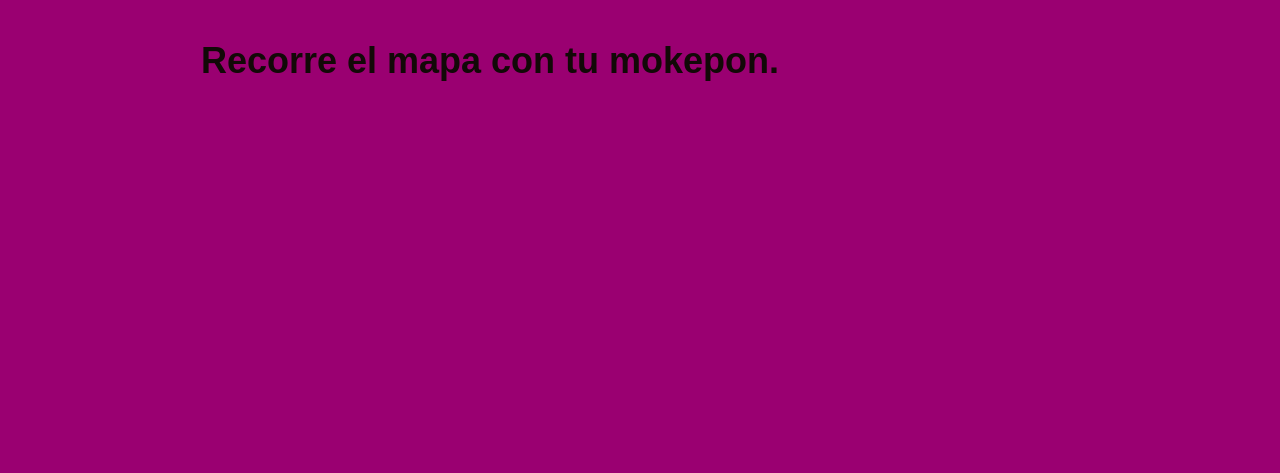
Repository: elto82/juegoMokepon
Page: mokepon/mokepon.html
The author's editor kept a copy of each file at every save. The page is drawn from the files as they stood at one save, then again after the next save.
The browser window is 1280 px wide. The pictures show the whole page.
After loading, the first visible `#boton-mascota` was clicked once.

Above is the page before, as saved 2022-08-18 16:00:17.
Console error: TypeError: Cannot read properties of undefined (reading 'forEach')

After the next save:
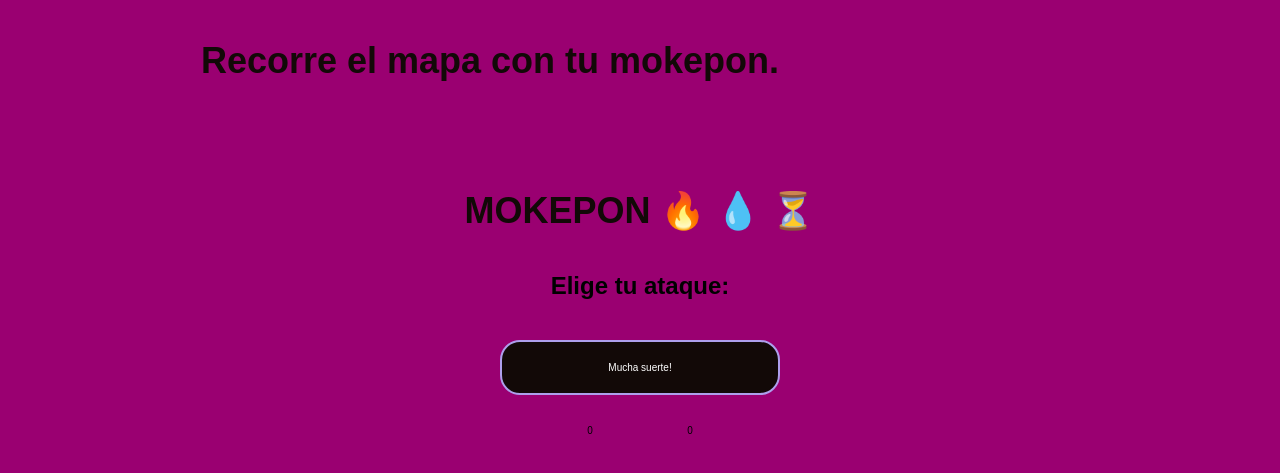
Saved 16 s later.
--- a/mokepon/js/mokepon.js
+++ b/mokepon/js/mokepon.js
@@ -125,7 +125,7 @@
 
 function seleccionarMascotaJugador() {
   sectionSeleccionarMascota.style.display = "none";
-  //sectionSeleccionarAtaque.style.display = "flex";
+  sectionSeleccionarAtaque.style.display = "flex";
   sectionVerMapa.style.display = 'flex'
 
   if (inputHipodoge.checked) {

After the save that followed:
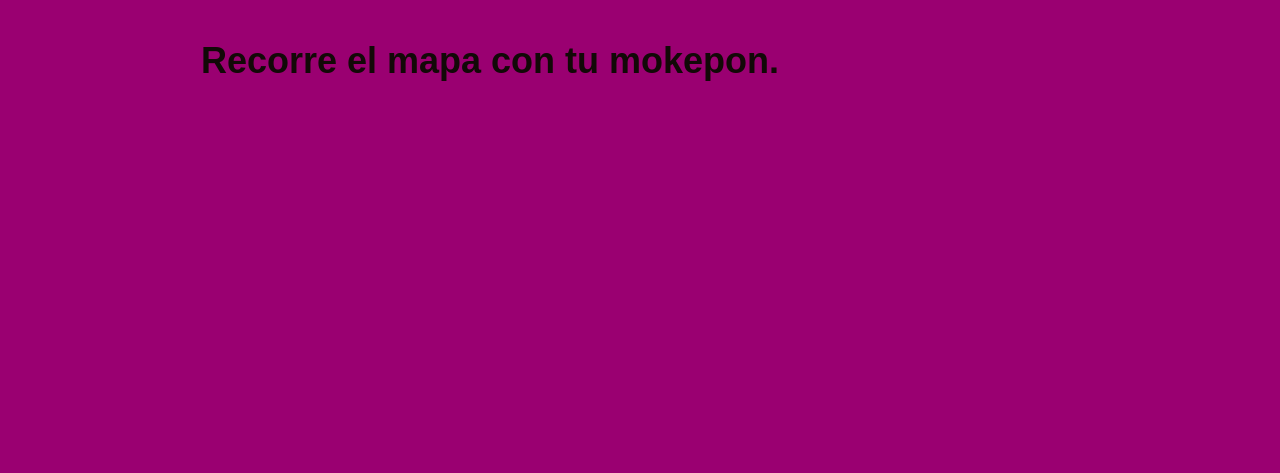
Saved 15 s later.
--- a/mokepon/js/mokepon.js
+++ b/mokepon/js/mokepon.js
@@ -125,7 +125,7 @@
 
 function seleccionarMascotaJugador() {
   sectionSeleccionarMascota.style.display = "none";
-  sectionSeleccionarAtaque.style.display = "flex";
+  //sectionSeleccionarAtaque.style.display = "flex";
   sectionVerMapa.style.display = 'flex'
 
   if (inputHipodoge.checked) {
